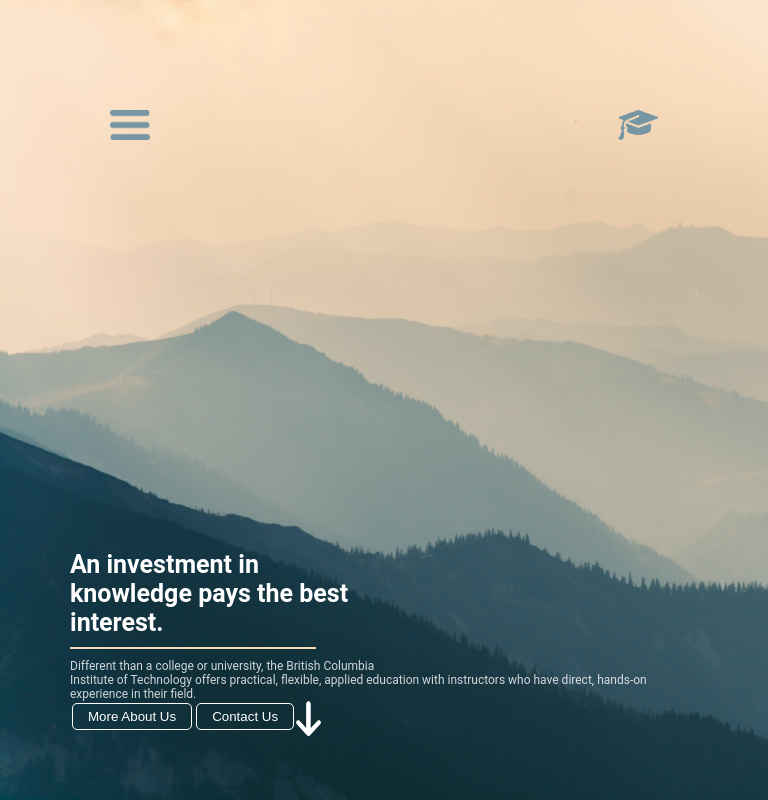
Repository: Sheraliramzan/Aly_A01253508_Assignment1
Page: /
An editor plug-in stored every save of this project. The page is shown before and after the next save, followed by the edit.
The browser window is 768 px wide. The pictures show the whole page.
The project was rebuilt for these pictures with package versions that can differ from the ones it lists, and the page was loaded fresh each time. The framework's server and built-in components were replaced by stand-ins that run in the browser. Also part of the build but not shown: next.config.js.

Above is the page before, as saved 2023-02-05 14:50:32.

After the next save:
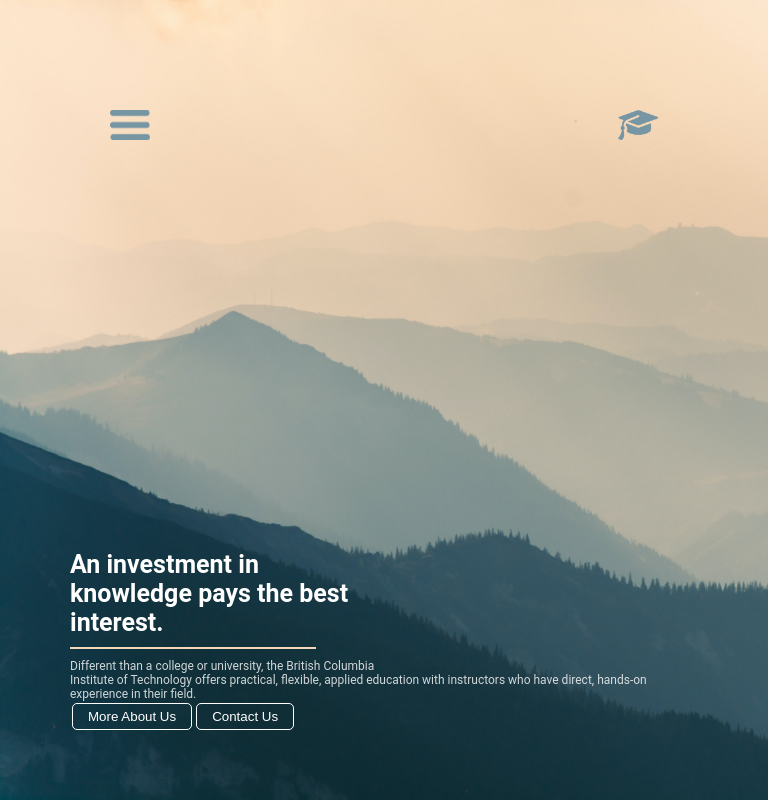
Saved 21 s later.
--- a/styles/globals.css
+++ b/styles/globals.css
@@ -284,7 +284,8 @@ ul > li {
   }
   .downarrow{
     position: fixed;
-
+    left:750px;
+    top:890px;
   }
   .uparrow{
     position: fixed;
